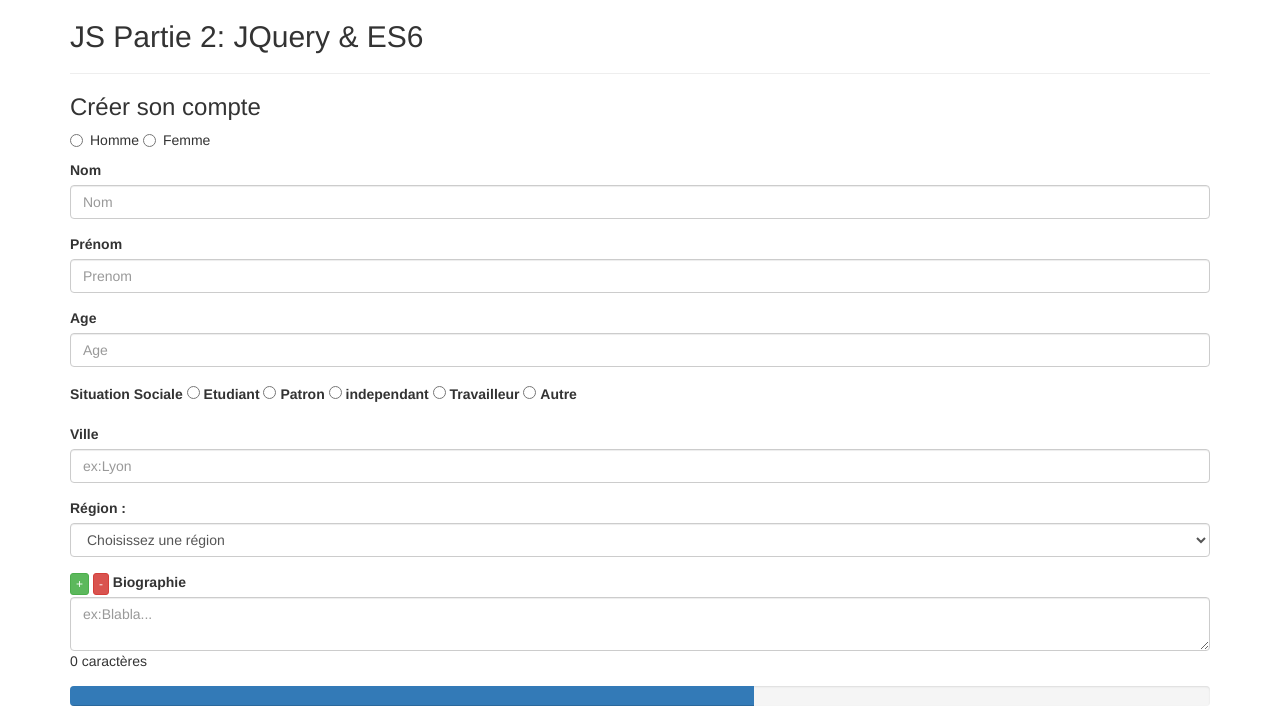
Repository: Symfomany/WildJQueryForm
Page: index.html
These files come from the project's save history. The page is drawn as it stood at one moment and after the next save; the edit follows.
The browser window is 1280 px wide. The pictures show the part of the page from y = 0 to 706 px (the page is 1728 px tall before and 1758 px after).
A picture or video elsewhere on the page could not be fetched, so the positions and the page height are approximate.

Above is the page before, as saved 2017-03-06 07:25:11.

### index.html
<!DOCTYPE html>
<html lang="en">

<head>
    <title></title>
    <meta charset="UTF-8">
    <meta name="viewport" content="width=device-width, initial-scale=1">
    <!-- Latest compiled and minified CSS & JS -->
    <link rel="stylesheet" media="screen" href="http://netdna.bootstrapcdn.com/bootstrap/3.3.4/css/bootstrap.min.css">

</head>

<body>

    <div class="container">

        <h2>JS Partie 2: JQuery & ES6</h2>
        <hr />


        <form action="" method="POST" role="form">
            <h3>Créer son compte</h3>

            <div class="radio">
                <label>
                            <input type="radio" name="sexe" id="homme" value="homme">
                            Homme
                        </label>
                <label>
                            <input type="radio" name="sexe" id="femme" value="femme" >
                            Femme
                        </label>
            </div>


            <div class="form-group">
                <label for="nom">Nom</label>
                <input required type="text" class="form-control" id="nom" placeholder="Nom">
            </div>

            <div class="form-group">
                <label for="prenom">Prénom</label>
                <input required type="text" class="form-control" id="prenom" placeholder="Prenom">
            </div>

            <div class="form-group">
                <label for="age">Age</label>
                <input type="number" class="form-control" id="age" placeholder="Age">
            </div>

            <div class="form-group">
                <label for="etudiant">Situation Sociale</label>
                <input type="radio" name="name" id="etudiant" value="etudiant" class="etudiant">
                <label for="">Etudiant</label>

                <input type="radio" name="name" id="patron" value="patron" class="patron">
                <label for="patron">Patron</label>

                <input type="radio" name="name" id="independant" value="independant" class="independant">
                <label for="independant">independant</label>

                <input type="radio" name="name" id="travailleur" value="travailleur" class="travailleur">
                <label for="travailleur">Travailleur</label>

                <input type="radio" name="name" value="autre" id="autre" class="autre">
                <label for="autre">Autre</label>

                <input type="text" name="otherSituation" style="display:none" class="form-control" id="otherSituation">

</div>

<div class="form-group">
    <label for="ville">Ville</label>
    <input required type="text" class="form-control" id="ville" placeholder="ex:Lyon">
</div>

<div class="form-group">
    <label for="region">Région :</label><br />
    <select class="form-control" id="region" name="region">
                                <option value="default" selected>Choisissez une région</option>
                                <option value="auvergne">Auvergne-Rhône-Alpes</option>
                                <option value="bourgogne">Bourgogne-Franche-Comte</option>
                                <option value="bretagne">Bretagne</option>
                                <option value="centre">Centre-Val de Loire</option>
                                <option value="corse">Corse</option>
                                <option value="grand-est">Grand-Est</option>
                                <option value="guadeloupe">Guadeloupe</option>
                                <option value="guyane">Guyane</option>
                                <option value="hauts-de-france">Hauts-de-France</option>
                                <option value="ile-de-france">Île-de-France</option>
                                <option value="martinique">Martinique</option>
                                <option value="mayotte">Mayotte</option>
                                <option value="normandie">Normandie</option>
                                <option value="aquitaine">Nouvelle-Aquitaine</option>
                                <option value="occitanie">Occitanie</option>
                                <option value="loire">Pays de la Loire</option>
                                <option value="provence">Provence-Alpes-Côte d'Azur</option>
                                <option value="reunion">Réunion</option>
                                </select>
</div>

<div class="form-group">
    <button class="btn btn-xs btn-success">+</button>
    <button class="btn btn-xs btn-danger">-</button>
    <label for="biography">Biographie</label>
    <textarea class="form-control" id="biography" placeholder="ex:Blabla..."></textarea>
    <span id="nbCars">0</span> caractères
</div>

<div class="progress">
    <div class="progress-bar" role="progressbar" aria-valuenow="60" aria-valuemin="0" aria-valuemax="100" style="width: 60%;">
<span class="sr-only">60% Complete</span>
</div>
</div>


<div class="form-group">
    <label for="avatar">Avatar</label>
    <input type="url" class="form-control" id="avatar" placeholder="ex: http://www.facebook.com/monImage.jpg">
    <img src="http://lh5.ggpht.com/-cnS_l9G3Ujw/U9WbCIprN3I/AAAAAAABKJU/yMLKfWUZBXk/avatar-caritas-animadas-gifs-008%25255B6%25255D.gif?imgmax=800"
        alt="">
</div>

<div class="form-group">
    <label for="cp">Code postal</label>
    <input type="text" class="form-control" id="cp" placeholder="ex:Lyon">
</div>

<div class="form-group">
    <label for="email">Email</label>
    <input required type="email" class="form-control" id="email" placeholder="Email">
</div>

<div class="form-group">
    <label for="password">Mot de passe</label>
    <input required type="password" class="form-control" id="password" placeholder="6 caractères">
</div>
<div class="form-group">
    <label for="repassword">Confirmer le mot de passe</label>
    <input type="password" class="form-control" id="repassword" placeholder="6 caractères">
</div>

<div class="checkbox">
    <label>
        <input type="checkbox"> Voir le Mot de Passe en Clair
    </label>
</div>



<div class="form-group">
    <label class="control-label" for="hobbies">Hobbies :</label><br />
    <select class="form-control" id="hobbies" name="hobbies[]" multiple>
                                    <option value="basket">Basket</option>
                                    <option value="canyoning">Canyoning</option>
                                    <option value="cinema">Cinéma</option>
                                    <option value="escalade">Escalade</option>
                                    <option value="ferrata">Via Ferrata</option>
                                    <option value="football">Football</option>
                                    <option value="handball">Handball</option>
                                    <option value="natation">Natation</option>
                                    <option value="parapente">Parapente</option>
                                    <option value="parachute">Saut en parachute</option>
                                    <option value="plongee">Plongée</option>
                                    <option value="series">Séries TV</option>
                                    <option value="ski">Ski</option>
                                    <option value="tir">Tir à l'arc</option>
                    </select>
</div>

<div class="form-group">
    <p>
        Comment avez-vous connu ce formulaire ?
        <input type="checkbox" name="internet" id="internet" /> <label for="internet">Via internet</label>
        <input type="checkbox" name="journaux" id="journaux" /> <label for="journaux">Via journaux</label>
        <input type="checkbox" name="mobile" id="mobile" /> <label for="mobile">Via mobile</label>
        <input type="checkbox" name="tv" id="tv" /> <label for="tv">Via TV</label>
        <input type="checkbox" name="boucheOreille" id="boucheOreille" /> <label for="boucheOreille">Bouche à oreille</label>
    </p>

</div>

<div class="form-group">
    <div class="row">
        <div class="col-md-3">
            <label for="cbNumber">Numéro :</label>
            <input type="text" name="cbNumber" class="form-control" id="cbNumber" placeholder="16 Nombres" />
        </div>
        <div class="col-md-3">
            <label for="cbExpiration">Date d'expiration :</label>
            <input type="text" name="cbExpiration" class="form-control" id="cbExpiration" placeholder="MM/YY" />
        </div>
        <div class="col-md-3">
            <label for="cbCryptogramme">Cryptogramme :</label>
            <input type="text" name="cbCryptogramme" class="form-control" id="cbCryptogramme" placeholder="YYY" />
        </div>

    </div>
</div>

<div class="checkbox">
    <label>
                <input type="checkbox"> J'ai pris connaissance des <a>Condition Générale de Vente</a>
            </label>
</div>


<button disabled type="submit" class="btn btn-primary">Créer un compte</button>
</form>


</div>

<script src="http://code.jquery.com/jquery.js"></script>
<script src="http://netdna.bootstrapcdn.com/bootstrap/3.3.4/js/bootstrap.min.js"></script>

</body>

</html>

After the next save:
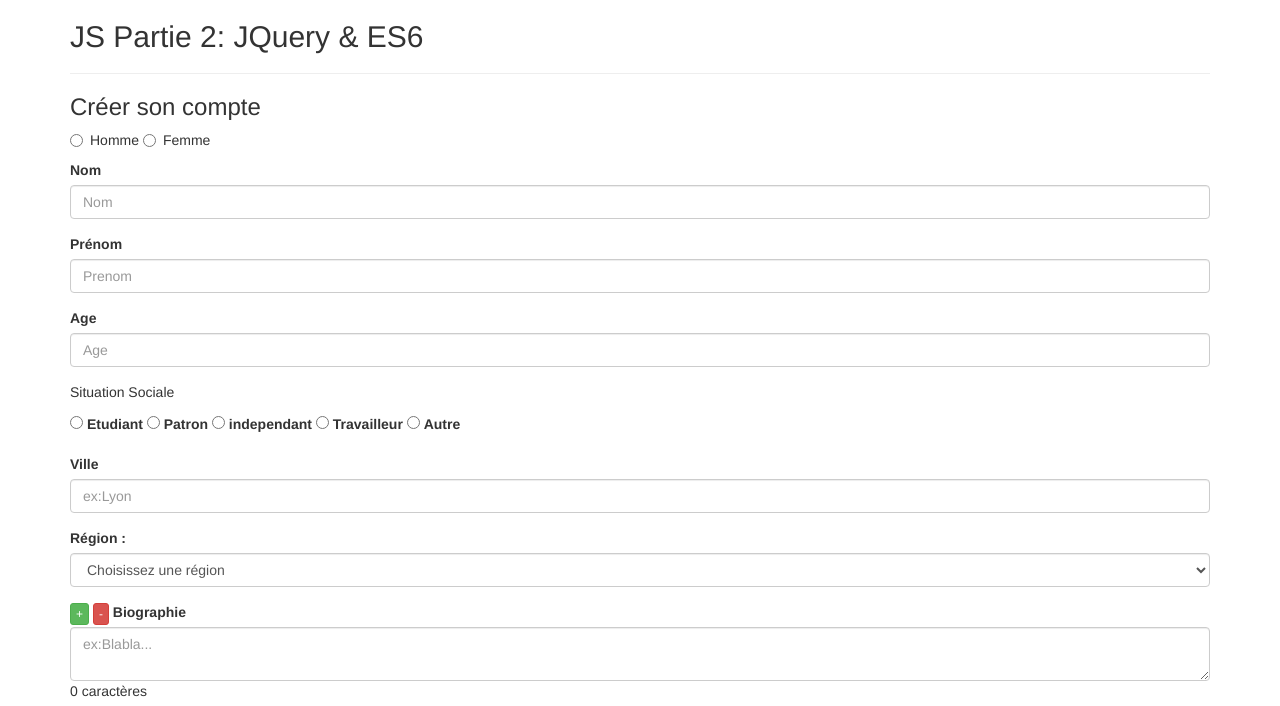
Saved 19 s later.
--- a/index.html
+++ b/index.html
@@ -49,9 +49,9 @@
             </div>
 
             <div class="form-group">
-                <label for="etudiant">Situation Sociale</label>
+                <p>Situation Sociale</p>
                 <input type="radio" name="name" id="etudiant" value="etudiant" class="etudiant">
-                <label for="">Etudiant</label>
+                <label for="etudiant">Etudiant</label>
 
                 <input type="radio" name="name" id="patron" value="patron" class="patron">
                 <label for="patron">Patron</label>
